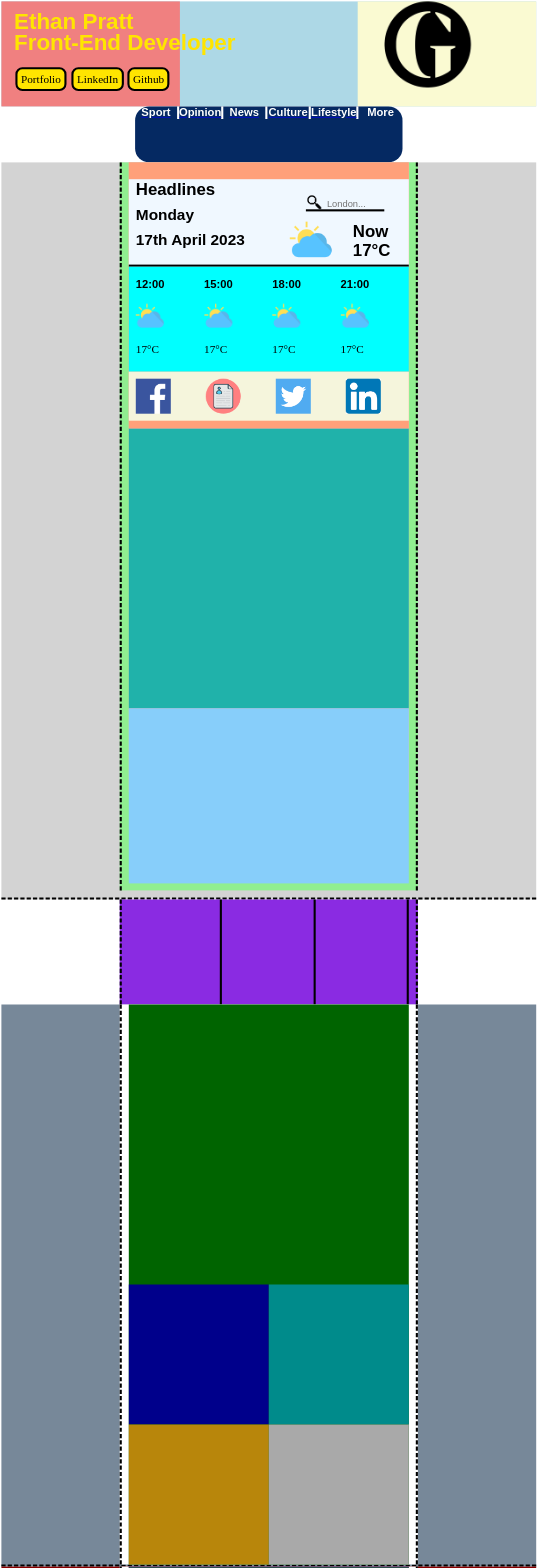
Repository: ghend99/News-Media
Page: index.html
These files come from the project's save history. The page is drawn as it stood at one moment and after a run of saves; the edit follows.
The browser window is 768 px wide. The pictures show the part of the page from y = 0 to 2240 px (the page is 4375 px tall), at 70% of full size.
Some web fonts or font styles are not loaded; a fallback is used.

Above is the page before, as saved 2023-05-07 15:46:16.

### index.html
<!DOCTYPE html>
<html lang="en">
  <head>
    <meta charset="UTF-8" />
    <meta http-equiv="X-UA-Compatible" content="IE=edge" />
    <meta name="viewport" content="width=device-width, initial-scale=1.0" />

    <link rel="stylesheet" href="style.css" />

    <title>Document</title>
  </head>
  <body>
    <!-- Header Container -->
    <div id="header-container">
      <div id="header-left-section">
        <p class="header-name webpage-header">Ethan Pratt</p>

        <p class="header-job webpage-header">Front-End Developer</p>
        <p class="header-social-link header-social-link-portfolio">Portfolio</p>
        <p class="header-social-link header-social-link-linkedin">LinkedIn</p>
        <p class="header-social-link header-social-link-github">Github</p>
      </div>
      <div id="header-middle-section"></div>
      <div id="header-right-section">
        <img class="header-logo" src="./images/guardian-logo.png" />
        <img
          class="header-logo-mobile"
          src="./images/guardian-logo-mobile.png"
        />
        <p class="header-slogan webpage-header">Newspaper of the year</p>
      </div>
    </div>

    <!-- Navigation Links Container -->
    <div id="navigation-link-container">
      <a href="page2.html">
        <p class="navigation-link webpage-header">Sport</p>
      </a>

      <a href="page2.html">
        <p class="navigation-link webpage-header">Opinion</p>
      </a>

      <a href="page2.html">
        <p class="navigation-link webpage-header">News</p>
      </a>

      <a href="page2.html">
        <p class="navigation-link webpage-header">Culture</p>
      </a>

      <a href="page2.html" id="nav-link">
        <p class="navigation-link webpage-header">Lifestyle</p>
      </a>

      <a>
        <p class="navigation-link webpage-header" id="navigation-link6">More</p>
      </a>
    </div>

    <!-- News Section 1 -->

    <div id="news1-container">
      <div id="news1-wrapper">
        <div id="news1-article-container">
          <div id="news1-weather-container">
            <div id="weather-top-section">
              <p class="weather-container-header webpage-header">Headlines</p>
              <p class="weather-container-day webpage-header">Monday</p>
              <p class="weather-container-date webpage-header">
                17th April 2023
              </p>
              <img src="./images/search-icon-black.png" class="search-icon" />
              <input
                type="text"
                placeholder="London..."
                class="weather-container-location-input"
              />
              <img
                class="weather-location-current-icon"
                src="./images/cloudy.png"
              />
              <p class="weather-location-current-text webpage-header">
                Now <br />17°C
              </p>
            </div>
            <div id="weather-middle-section">
              <div id="weather-middle-section-time1">
                <p class="webpage-header">12:00</p>
                <img src="./images/cloudy.png" class="weather-now-icon" />
                <p>17°C</p>
              </div>
              <div id="weather-middle-section-time2">
                <p class="webpage-header">15:00</p>
                <img src="./images/cloudy.png" class="weather-now-icon" />
                <p>17°C</p>
              </div>
              <div id="weather-middle-section-time3">
                <p class="webpage-header">18:00</p>
                <img src="./images/cloudy.png" class="weather-now-icon" />
                <p>17°C</p>
              </div>
              <div id="weather-middle-section-time4">
                <p class="webpage-header">21:00</p>
                <img src="./images/cloudy.png" class="weather-now-icon" />
                <p>17°C</p>
              </div>
            </div>
            <div id="weather-bottom-section">
              <img
                class="weather-soiclas-link-icon"
                src="./images/facebook.png"
              />
              <img
                class="weather-soiclas-link-icon"
                src="./images/resume-icon.png"
              />
              <img
                class="weather-soiclas-link-icon"
                src="./images/twitter.png"
              />
              <img
                class="weather-soiclas-link-icon"
                src="./images/linekdin.png"
              />
            </div>
          </div>
          <div id="news1-article1-container"></div>
          <div id="news1-article2-container"></div>
        </div>
      </div>
    </div>

    <!-- News Headers -->
    <div id="news-headers">
      <div class="news-header"></div>
      <div class="news-header"></div>
      <div class="news-header"></div>
      <div class="news-header" id="news-header4"></div>
    </div>

    <!-- News Section 2 -->
    <div id="news2-container">
      <div id="news2-wrapper">
        <div id="news2-article-container">
          <div id="news2-article1"></div>
          <div id="news2-article2">
            <div id="news2-article2-article1"></div>
            <div id="news2-article2-article2"></div>
            <div id="news2-article2-article3"></div>
            <div id="news2-article2-article4"></div>
          </div>
        </div>
      </div>
    </div>

    <!-- News Section 3 -->
    <div id="news3-container">
      <div id="news3-wrapper">
        <div id="news3-article-container">
          <div id="news3-article1-container"></div>
          <div id="news3-article2-container"></div>
        </div>
      </div>
    </div>

    <!-- News Section 4 -->
    <div id="news4-container">
      <div id="news4-wrapper">
        <div id="news4-article-container">
          <div id="news4-article1-container-header"></div>
          <div id="news4-article2-container">
            <div id="news4-article2-article1"></div>
            <div id="news4-article2-article2"></div>
            <div id="news4-article2-article3"></div>
            <div id="news4-article2-article4"></div>
          </div>
        </div>
      </div>
    </div>

    <!-- News Section 5 -->
    <div id="news5-container">
      <div id="news5-wrapper">
        <div id="news5-article-container">
          <div id="news5-article1-container"></div>
          <div id="news5-article2-container"></div>
        </div>
      </div>
    </div>

    <!-- Footer -->
    <div id="footer-container">
      <div id="footer-wrapper">
        <div id="footer-content-container">
          <div id="footer-navigation-link-container">
            <a href="page2.html">
              <p class="navigation-link webpage-header"></p>
            </a>

            <a href="page2.html">
              <p class="navigation-link webpage-header"></p>
            </a>

            <a href="page2.html">
              <p class="navigation-link webpage-header"></p>
            </a>

            <a href="page2.html">
              <p class="navigation-link webpage-header"></p>
            </a>

            <a href="page2.html" id="nav-link">
              <p class="navigation-link webpage-header"></p>
            </a>

            <a>
              <p
                class="navigation-link webpage-header"
                id="navigation-link6"
              ></p>
            </a>
          </div>
          <div id="footer-section2">
            <div id="footer-section2-section1"></div>
            <div id="footer-section2-section2"></div>
            <div id="footer-section2-section3"></div>
            <div id="footer-section2-section4"></div>
            <div id="footer-section2-section5"></div>
          </div>
        </div>
      </div>
    </div>
  </body>
</html>

### style.css
@import url("https://fonts.googleapis.com/css2?family=Signika+Negative:wght@600&display=swap");

body {
  margin: 2px;
}

.webpage-header {
  font-family: "Signika Negative", sans-serif;
  font-weight: bold;
}

#header-container {
  display: grid;
  grid-template-columns: 1fr 1fr 1fr;
  grid-template-rows: 1fr;
  width: 100%;
  min-width: 310px;
  max-height: 300px;
  min-height: 150px;
  background-color: lightblue;
}

#header-left-section {
  background-color: lightcoral;
}

.header-name {
  position: absolute;
  color: #ffe500;
  font-size: 32px;
  left: 20px;
  top: -20px;
}

.header-job {
  position: absolute;
  color: #ffe500;
  font-size: 32px;
  left: 20px;
  top: 10px;
}

.header-social-link {
  position: absolute;
  border: solid;
  padding: 5px;
  background-color: #ffe500;
  width: fit-content;
  border-radius: 10px;
}

.header-social-link-portfolio {
  top: 80px;
  margin-left: 20px;
}

.header-social-link-linkedin {
  top: 80px;
  margin-left: 100px;
}

.header-social-link-github {
  top: 80px;
  margin-left: 180px;
}

#header-right-section {
  background-color: lightgoldenrodyellow;
}

.header-logo {
  position: absolute;
  width: 400px;
  margin-left: 50px;
  right: 140px;
  top: 20px;
}

.header-logo-mobile {
  display: none;
}

.header-slogan {
  position: absolute;
  width: 400px;
  margin-left: 50px;
  right: 80px;
  top: 60px;
  font-size: 26px;
  color: #ffe500;
}

#navigation-link-container {
  position: relative;
  display: grid;
  grid-template-columns: 1fr 1fr 1fr 1fr 1fr 1fr;
  grid-template-rows: 1fr;
  max-height: 200px;
  min-height: 80px;
  width: 50%;
  min-width: 310px;
  left: 50%;
  transform: translate(-50%);
  background-color: #052962;
  border-radius: 20px;
  text-align: center;
}

.navigation-link {
  border-right: solid;
  border-color: white;
  margin-top: auto;
  margin-bottom: auto;
  color: white;
}

#navigation-link6 {
  border-right: none;
}

#news1-container {
  /* width: 100%;
  min-width: 304px; */
  max-height: 1000px;
  min-height: 800px;
  background-color: lightgray;
  border-bottom: dashed;
}

#news1-wrapper {
  position: relative;
  left: 50%;
  transform: translate(-50%);
  background-color: lightgreen;
  max-width: 50%;
  min-width: 800px;
  max-height: 900px;
  min-height: 800px;
  border-left: dashed;
  border-right: dashed;
  padding-left: 10px;
  padding-right: 10px;
}

#news1-article-container {
  position: relative;
  display: grid;
  grid-template-columns: 0.5fr 1.5fr 0.7fr;
  grid-template-rows: 1fr;
  width: 100%;
  min-width: 304px;
  max-height: 900px;
  min-height: 800px;
  background-color: lightpink;
}

#news1-weather-container {
  display: grid;
  grid-template-columns: 1fr;
  grid-template-rows: 0.7fr 1fr 1fr;
  background-color: lightsalmon;
  height: 450px;
}

#weather-top-section {
  background-color: aliceblue;
  border-bottom: solid;
  padding-left: 10px;
}

.weather-container-header {
  font-size: 24px;
  margin-bottom: 0;
}

.weather-container-day {
  font-size: 22px;
  margin-top: 10px;
  margin-bottom: 0;
}

.weather-container-date {
  font-size: 22px;
  margin-top: 10px;
}

.search-icon {
  position: absolute;
  top: 147px;
  width: 20px;
  left: 10px;
}

.weather-container-location-input {
  text-decoration: none;
  border: none;
  border-bottom: solid;
  background-color: transparent;
  padding-left: 30px;
  margin-left: 5px;
  margin-right: 5px;
  max-width: 200px;
  min-width: 50px;
}

.weather-location-current-icon {
  width: 80px;
}

.weather-location-current-text {
  position: absolute;
  font-size: 24px;
  top: 160px;
  left: 100px;
}
#weather-middle-section {
  background-color: aqua;
  display: grid;
  grid-template-columns: 1fr 1fr 1fr 1fr;
  grid-template-rows: 1fr;
  padding-left: 10px;
}

.weather-now-icon {
  width: 40px;
}

#weather-bottom-section {
  background-color: beige;
  display: grid;
  grid-template-columns: 1fr 1fr 1fr 1fr;
  grid-template-rows: 1fr;
}

.weather-soiclas-link-icon {
  width: 50px;
  padding: 10px;
}

#news1-article1-container {
  background-color: lightseagreen;
}

#news1-article2-container {
  background-color: lightskyblue;
}

#news-headers {
  position: relative;
  display: grid;
  grid-template-columns: 1fr 1fr 1fr 1fr;
  grid-template-rows: 1fr;
  max-height: 250px;
  min-height: 150px;
  left: 50%;
  transform: translate(-50%);
  width: 50%;
  min-width: 800px;
  background-color: blueviolet;
  border-left: dashed;
  border-right: dashed;
  padding-left: 10px;
  padding-right: 10px;
}

.news-header {
  border-right: solid;
}

#news-header4 {
  border-right: none;
}

#news2-container {
  /* width: 100%;
  min-width: 304px; */
  max-height: 800px;
  min-height: 620px;
  background-color: lightslategray;
  border-bottom: dashed;
}

#news2-wrapper {
  position: relative;
  left: 50%;
  transform: translate(-50%);
  background-color: white;
  max-width: 50%;
  min-width: 800px;
  max-height: 800px;
  min-height: 605px;
  border-left: dashed;
  border-right: dashed;
  padding-left: 10px;
  padding-right: 10px;
}

#news2-article-container {
  position: relative;
  display: grid;
  grid-template-columns: 1fr 1fr;
  grid-template-rows: 1fr;
  width: 100%;
  min-width: 304px;
  max-height: 900px;
  min-height: 600px;
  background-color: darkgreen;
}

#news2-article1 {
  min-height: 400px;
}

#news2-article2 {
  display: grid;
  grid-template-columns: 1fr 1fr;
  grid-template-rows: 1fr 1fr;
}

#news2-article2-article1 {
  background-color: darkblue;
}

#news2-article2-article2 {
  background-color: darkcyan;
}

#news2-article2-article3 {
  background-color: darkgoldenrod;
}

#news2-article2-article4 {
  background-color: darkgray;
}

#news3-container {
  max-height: 800px;
  min-height: 620px;
  background-color: darkred;
  border-bottom: dashed;
}

#news3-wrapper {
  position: relative;
  left: 50%;
  transform: translate(-50%);
  background-color: white;
  max-width: 50%;
  min-width: 800px;
  max-height: 800px;
  min-height: 605px;
  border-left: dashed;
  border-right: dashed;
  padding-left: 10px;
  padding-right: 10px;
}

#news3-article-container {
  display: grid;
  grid-template-columns: 0.6fr 1fr;
  grid-template-rows: 1fr;
  background-color: darkmagenta;
  width: 100%;
  min-width: 304px;
  max-height: 900px;
  min-height: 600px;
}

#news3-article1-container {
  background-color: darkslategray;
}

#news3-article2-container {
  background-color: darksalmon;
}

#news4-container {
  max-height: 550px;
  min-height: 400px;
  background-color: darkviolet;
  border-bottom: dashed;
}

#news4-wrapper {
  position: relative;
  left: 50%;
  transform: translate(-50%);
  background-color: white;
  max-width: 50%;
  min-width: 800px;
  max-height: 800px;
  min-height: 400px;
  border-left: dashed;
  border-right: dashed;
  padding-left: 10px;
  padding-right: 10px;
}

#news4-article-container {
  display: grid;
  grid-template-columns: 0.4fr 1fr;
  grid-template-rows: 1fr;
  width: 100%;
  min-width: 304px;
  max-height: 900px;
  min-height: 500px;
  background-color: darkolivegreen;
}

#news4-article2-container {
  display: grid;
  grid-template-columns: 1fr 1fr;
  grid-template-rows: 1fr 1fr;
}

#news4-article2-article1 {
  background-color: lightblue;
}

#news4-article2-article2 {
  background-color: lightcoral;
}

#news4-article2-article3 {
  background-color: lightgoldenrodyellow;
}

#news4-article2-article4 {
  background-color: lightgray;
}

#news5-container {
  max-height: 340px;
  min-height: 300px;
  background-color: darkviolet;
  border-bottom: dashed;
}

#news5-wrapper {
  position: relative;
  left: 50%;
  transform: translate(-50%);
  background-color: white;
  max-width: 50%;
  min-width: 800px;
  max-height: 800px;
  min-height: 300px;
  border-left: dashed;
  border-right: dashed;
  padding-left: 10px;
  padding-right: 10px;
}

#news5-article-container {
  display: grid;
  grid-template-columns: 1.8fr 1fr;
  grid-template-rows: 1fr;
  width: 100%;
  min-width: 304px;
  max-height: 900px;
  min-height: 340px;
}

#news5-article1-container {
  background-color: lightgray;
}

#news5-article2-container {
  background-color: darkmagenta;
}

#footer-container {
  max-height: 700px;
  min-height: 500px;
  background-color: #052962;
  border-bottom: dashed;
}

#footer-wrapper {
  position: relative;
  left: 50%;
  transform: translate(-50%);
  background-color: darkgreen;
  max-width: 50%;
  min-width: 800px;
  max-height: 800px;
  min-height: 500px;
  border-left: solid;
  border-right: solid;
  border-bottom: solid;
  padding-left: 10px;
  padding-right: 10px;
}

#footer-content-container {
  display: grid;
  grid-template-columns: 1fr;
  grid-template-rows: 0.2fr 1fr;
  background-color: darkmagenta;
  width: 100%;
  min-width: 304px;
  max-height: 900px;
  min-height: 600px;
}

#footer-navigation-link-container {
  display: grid;
  grid-template-columns: 1fr 1fr 1fr 1fr 1fr 1fr;
  background-color: lightsteelblue;
}

#footer-section2 {
  display: grid;
  grid-template-columns: 1.2fr 0.6fr 0.6fr 0.6fr 1fr;
  grid-template-rows: 1fr;
}

#footer-section2-section1 {
  background-color: bisque;
}

#footer-section2-section2 {
  background-color: lightcoral;
}

#footer-section2-section3 {
  background-color: lightsalmon;
}

#footer-section2-section4 {
  background-color: lightseagreen;
}

#footer-section2-section5 {
  background-color: darkorange;
}

@media screen and (min-width: 0) and (max-width: 1467px) {
  #news2-article-container {
    grid-template-columns: 1fr;
    grid-template-rows: 1fr 1fr;
    min-height: 700px;
  }
}

@media screen and (min-width: 0) and (max-width: 819px) {
  .header-logo {
    display: none;
  }

  .header-logo-mobile {
    display: flex;
    right: 0;
    top: 20px;
    width: 200px;
  }

  .header-slogan {
    display: none;
  }

  #news1-container {
    min-height: 1050px;
    border-bottom: dashed;
  }

  #news1-wrapper {
    min-width: 400px;
    min-height: 1040px;
  }

  #news1-article-container {
    display: block;
  }

  #news1-weather-container {
    display: inline-block;
    min-width: 100%;
    height: 380px;
  }

  .search-icon {
    /* display: none; */
    position: absolute;
    left: 255px;
    top: 47px;
  }

  .weather-container-location-input {
    /* display: none; */
    position: absolute;
    right: 30px;
    top: 50px;
    width: 80px;
  }

  .weather-location-current-icon {
    position: absolute;
    right: 110px;
    top: 80px;
    width: 60px;
    /* display: none; */
  }

  .weather-location-current-text {
    /* display: none; */
    position: absolute;
    left: 320px;
    top: 60px;
    width: 40px;
  }

  #weather-middle-section {
    height: 150px;
  }

  #news1-article1-container {
    grid-template-columns: 1fr;
    grid-template-rows: 1fr 1fr;
    min-width: 100%;
    min-height: 400px;
  }

  #news1-article2-container {
    display: inline-block;
    min-width: 100%;
    min-height: 250px;
  }

  #news-headers {
    grid-template-columns: 1fr 1fr 1fr;
    min-width: 400px;
    /* display: none; */
  }

  #news2-wrapper {
    min-width: 400px;
    /* display: none; */
  }

  #news3-wrapper {
    min-width: 400px;
  }

  #news3-article-container {
    display: grid;
    grid-template-columns: 1fr;
    grid-template-rows: 1fr 1fr;
  }

  #news4-wrapper {
    min-width: 400px;
  }

  #news4-article-container {
    grid-template-columns: 1fr;
    grid-template-rows: 0.2fr 1fr;
  }

  #news5-wrapper {
    min-width: 400px;
    min-height: 400px;
  }

  #news5-container {
    min-height: 400px;
  }

  #news5-article-container {
    grid-template-columns: 1fr;
    grid-template-rows: 1fr 1fr;
    min-height: 400px;
  }

  #footer-wrapper {
    min-width: 400px;
  }

  #footer-section2 {
    grid-template-columns: 1fr 1fr 1fr;
    grid-template-rows: 1fr;
  }
}

@media screen and (min-width: 0) and (max-width: 425px) {
  #header-container {
    grid-template-columns: 1fr 1fr;
  }

  .search-icon {
    left: 165px;
  }

  .weather-location-current-icon {
    left: 180px;
  }

  .weather-location-current-text {
    left: 250px;
  }

  #news1-wrapper {
    min-width: 310px;
    border: none;
    padding: 0;
  }

  #news-headers {
    grid-template-columns: 1fr 1fr;
    min-width: 310px;
    border: none;
    padding: 0;
  }

  .navigation-link {
    font-size: 12px;
  }

  #news2-wrapper {
    min-width: 310px;
    border: none;
    padding: 0;
  }

  #news3-wrapper {
    min-width: 310px;
    border: none;
    padding: 0;
  }

  #news4-wrapper {
    min-width: 310px;
    border: none;
    padding: 0;
  }

  #news5-wrapper {
    min-width: 310px;
    border: none;
    padding: 0;
  }

  #footer-wrapper {
    min-width: 310px;
    border: none;
    padding: 0;
  }
}

After the next 2 saves:
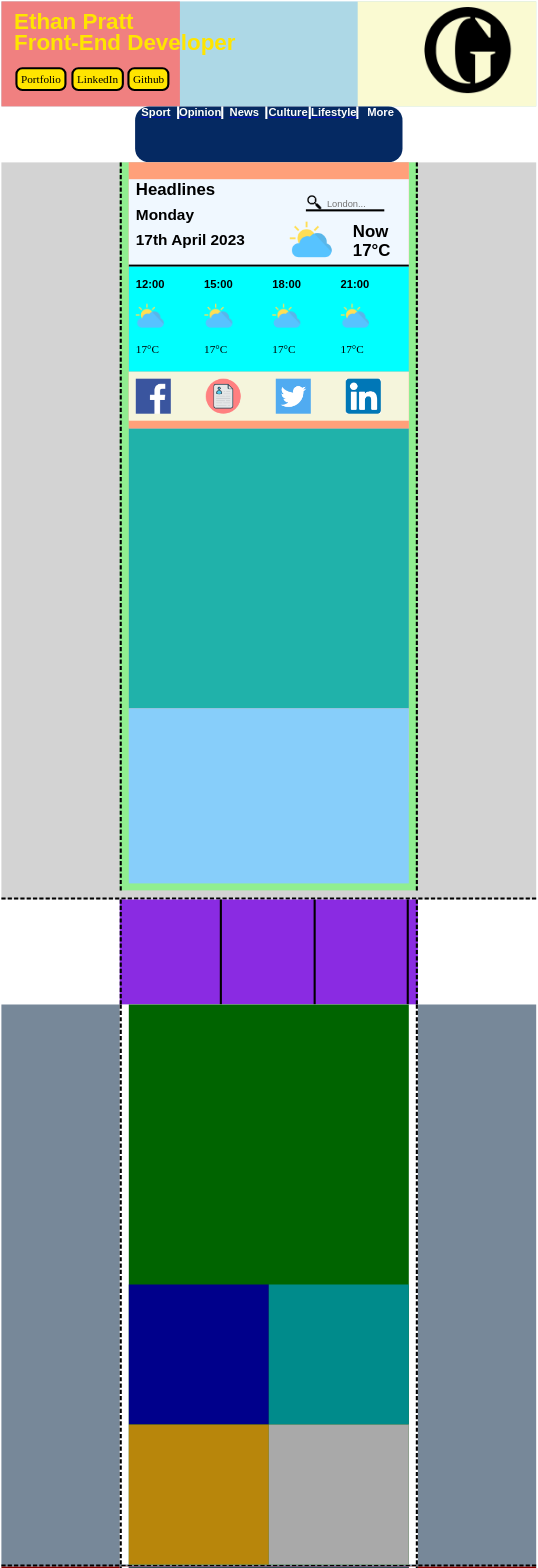
The 2 saves are shown as one change because they came seconds apart.
The last was saved 8 s later.
--- a/style.css
+++ b/style.css
@@ -549,9 +549,10 @@
   }
 
   .header-logo-mobile {
+    position: absolute;
     display: flex;
     right: 0;
-    top: 20px;
+    top: 10px;
     width: 200px;
   }
 
